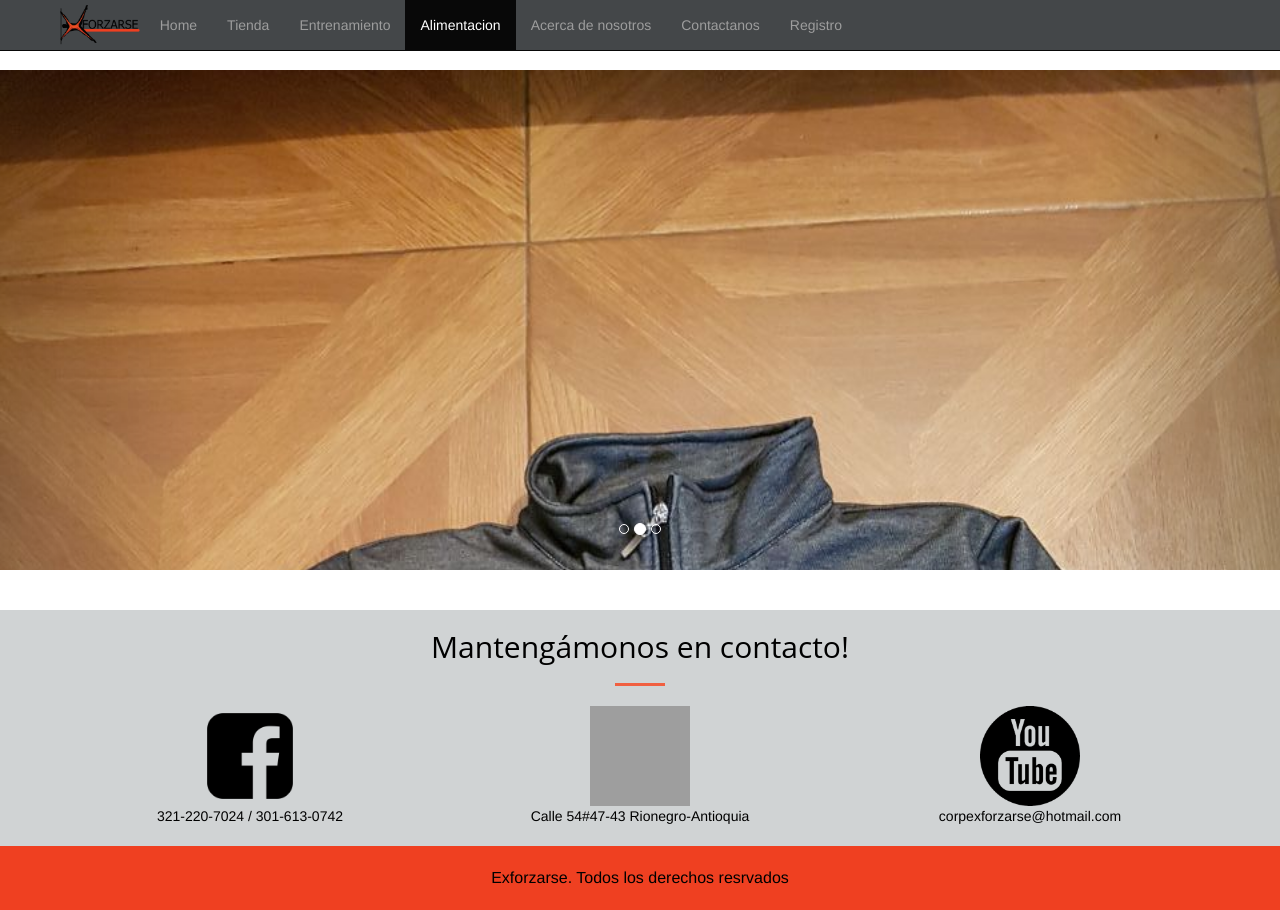
Repository: mahc36/exforzarse
Page: Exforzarse/WebContent/paginas/dietas.html
An editor plug-in stored every save of this project. The page is shown before and after the next save, followed by the edit.
The browser window is 1280 px wide. The pictures show the whole page.
Pictures or frames that could not be fetched are drawn as grey boxes. Some web fonts or font styles are not loaded; a fallback is used. Some web libraries are served in a nearby version.

Above is the page before, as saved 2017-08-19 16:00:15.

### Exforzarse/WebContent/paginas/dietas.html
<!DOCTYPE html>
<html lang="en">

<head>
    <meta charset="utf-8">
    <meta http-equiv="X-UA-Compatible" content="IE=edge">
    <meta name="viewport" content="width=device-width, initial-scale=1">
    <!-- The above 3 meta tags *must* come first in the head; any other head content must come *after* these tags -->
    <title>Exforzarse</title>

    <!-- Bootstrap -->
    <link href="../css/bootstrap.min.css" rel="stylesheet">
    <link href="../css/estilos.css" rel="stylesheet">
    <link rel="stylesheet" href="../css/creative.min.css">
    <link rel="icon" type="image/png" sizes="16x16" href="../img/favicon.ico">

    <!-- Carousel -->
    <meta name="viewport" content="initial-scale=1.0">
    <meta charset="utf-8">
    <script src="https://ajax.googleapis.com/ajax/libs/jquery/2.1.3/jquery.min.js"></script>
    <!-- Latest compiled and minified CSS -->



</head>

<body>
    <nav class="navbar navbar-inverse navbar-fixed-top">
        <div class="container">
            <div class="navbar-header">
                <div class="navbar-brand">
                    <img src="../img/logoclubexforzarse.png" alt="logo club">
                </div>
                <button type="button" class="navbar-toggle collapsed" data-toggle="collapse" data-target="#navbar" aria-expanded="false" aria-controls="navbar">
                    <span class="sr-only">Toggle navigation</span>
                    <span class="icon-bar"></span>
                    <span class="icon-bar"></span>
                    <span class="icon-bar"></span>
                </button>
            </div>
            <div id="navbar" class="collapse navbar-collapse">
                <ul class="nav navbar-nav">
                    <li><a href="../index.html">Home</a></li>
                    <li><a href="tienda.html">Tienda</a></li>
                    <li><a href="entrenamiento.html">Entrenamiento</a></li>
                    <li class="active"><a href="#">Alimentacion</a></li>
                    <li><a href="acercaDeNosotros.html">Acerca de nosotros</a></li>
                    <li><a href="contacto.html">Contactanos</a></li>
                    <li><a href="registro.html">Registro</a></li>
                </ul>
            </div>
            <!--/.nav-collapse -->
        </div>
    </nav>

    <div id="myCarousel" class="carousel slide" data-interval="3000" data-ride="carousel">
      <!-- Carousel indicators -->
      <ol class="carousel-indicators">
        <li data-target="#myCarousel" data-slide-to="0" class="active"></li>
        <li data-target="#myCarousel" data-slide-to="1"></li>
        <li data-target="#myCarousel" data-slide-to="2"></li>
      </ol>
      <!-- Carousel items -->
      <div class="carousel-inner">
        <div class="item active">
          <img src="../img/fotosTiendaExforzarse/chompa1-1.jpg" alt="First Slide">
          <div class="carousel-caption">
            <h3>Título de la primera diapositiva</h3>
            <p>Contenido de la diapositiva</p>
          </div>
        </div>
        <div class="item">
          <img src="../img/fotosTiendaExforzarse/chompa1-1.jpg" alt="Second Slide">
          <div class="carousel-caption">
            <h3>Título de la segunda diapositiva</h3>
            <p>Contenido de la diapositiva</p>
          </div>
        </div>
        <div class="item">
          <img src="../img/fotosTiendaExforzarse/chompa1-1.jpg" alt="Third Slide">
          <div class="carousel-caption">
            <h3>Título de la tercera diapositiva</h3>
            <p>Contenido de la diapositiva</p>
          </div>
        </div>
      </div>
      <!-- Carousel nav -->
      <a class="carousel-control left" href="#myCarousel" data-slide="prev">
      <span class="glyphicon glyphicon-chevron-left"></span>
      </a>
      <a class="carousel-control right" href="#myCarousel" data-slide="next">
      <span class="glyphicon glyphicon-chevron-right"></span>
      </a>
    </div>


    <br><br>
    <footer style="background-color: #D0D3D4;">
    <br>
        <div class="container">
            <div class="row">
            <div class="col-lg-8 col-lg-offset-2 text-center">
                <h2 class="section-heading"><font color="black">Mantengámonos en contacto!</font></h2>
                <hr class="primary">
            </div>
            <div class="col-lg-4 text-center">
                <a href="https://www.facebook.com/EXFORZARSE/" target="_blank"><img src="../img/darkFacebook.png" width="100" height="100"></a>
            </div>
            <div class="col-lg-4 text-center">
                <a href="https://www.instagram.com/exforzarse/" target="_blank"><img src="../img/darkInstagram3.png" width="100" height="100"></a>
            </div>
            <div class="col-lg-4 text-center">
                <a href="https://www.youtube.com/watch?v=VkQL8aGcTsE" target="_blank"><img src="../img/darkyoutube4.png" width="100" height="100"></a>
            </div>
            <div class="col-lg-4 text-center">
                <i class="fa fa-phone fa-3x sr-contact"></i>
                <span><font color="black">321-220-7024 / 301-613-0742</font></span>
            </div>
            <div class="col-lg-4 text-center">
                <i class="fa fa-road fa-3x sr-contact"></i>
                <span><font color="black">Calle 54#47-43 Rionegro-Antioquia</font></span>
            </div>
            <div class="col-lg-4 text-center">
                <i class="fa fa-envelope-o fa-3x sr-contact"></i>
                <span><font color="black">corpexforzarse@hotmail.com</font></span>
            </div>
        </div>
        <br>
        </div>
        <div style="background-color: #ef4021;">
	        <div class="container">
	        	<br>
	            <p class="text-muted" ALIGN=center><font color="black">Exforzarse. Todos los derechos resrvados</font></p>
	        </div>
    	</div>
    </footer>

    <!-- jQuery (necessary for Bootstrap's JavaScript plugins) -->
    <script src="https://ajax.googleapis.com/ajax/libs/jquery/1.12.4/jquery.min.js"></script>
    <!-- Include all compiled plugins (below), or include individual files as needed -->
    <script src="https://maxcdn.bootstrapcdn.com/bootstrap/3.3.7/js/bootstrap.min.js" integrity="sha384-Tc5IQib027qvyjSMfHjOMaLkfuWVxZxUPnCJA7l2mCWNIpG9mGCD8wGNIcPD7Txa" crossorigin="anonymous"></script>
</body>

</html>

### Exforzarse/WebContent/css/estilos.css
body {
    padding-top: 70px;
    position: relative;
    overflow-x: hidden;
}

.navbar-brand {
    padding: 0px;
}

.navbar-brand>img {
    height: 100%;
    padding: 5px;
    width: auto;
}

.navbar-inverse {
    background-color: #444749;
    border-color: #080808;
}

.containerpie {
    background-color: #EF4021;
}

.carousel {
    height: 500px;
    max-height: 500px;
    overflow: hidden;
}

.item img {
    width: 100%;
    height: auto;
}

.video {
    position: relative;
    height: 0;
    padding-bottom: 56.25%;
    margin-bottom: 80px;
}

video {
    position: absolute;
    min-width: 100%;
    min-height: 100%;
    top: 50%;
    left: 50%;
    transform: translateX(-50%) translateY(-50%);
    z-index: -1;
}

iframe {
    position: absolute;
    width: 100%;
    height: 100%;
    left: 0;
}

.rutinasmenu {
    margin: 0 0 0 2%;
    float: left;
    width: 20%;
}

.rutinasmenu>p {
    font-weight: bold;
    font-size: 25px;
}

.list-group-item:hover {
    font-size: 120%;
    background-image: -webkit-linear-gradient(top, #DF7401 0%, #FE9A2E 100%);
}

.navbar-inverse .navbar-nav>.active>a:hover {
    background-color: chocolate;
    color: black;
}

.navbar-inverse .navbar-nav>li>a:hover {
    background-color: chocolate;
    color: black;
}

.nav-tabs>li>a {
    font-weight: bold;
}

.nav-tabs>li>a:hover {
    background-color: chocolate;
    color: black;
    font-size: 120%;
}

a {
    color: black;
}

.footer {
    position: absolute;
    bottom: 0;
    width: 100%;
    height: 60px;
    background-color: #f5f5f5;
}

section#contact {
    background-color: white;
    background-image: url(../img/DSC_0414.JPG);
    background-size: cover;
    background-position: center;
    background-repeat: no-repeat;
}

section {
    padding: 73px 0px;
}

section#contact .section-heading {
    color: black;
}

section#contact .form-group {
    margin-bottom: 25px;
}

section#contact .form-group input,
section#contact .form-group textarea {
    padding: 20px;
}

section#contact .form-group input.form-control {
    height: auto;
}

section#contact .form-group textarea.form-control {
    height: 236px;
}

section#contact .form-control:focus {
    border-color: #fed136;
    box-shadow: none;
}

section#contact ::-webkit-input-placeholder {
    font-family: "Montserrat", "Helvetica Neue", Helvetica, Arial, sans-serif;
    text-transform: uppercase;
    font-weight: 700;
    color: darkgray;
}

.gellary_bg_none img {
    width: 100%;
    height: 250px;
}

section#contact :-moz-placeholder {
    /* Firefox 18- */
    font-family: "Montserrat", "Helvetica Neue", Helvetica, Arial, sans-serif;
    text-transform: uppercase;
    font-weight: 700;
    color: darkgray;
}

section#contact ::-moz-placeholder {
    /* Firefox 19+ */
    font-family: "Montserrat", "Helvetica Neue", Helvetica, Arial, sans-serif;
    text-transform: uppercase;
    font-weight: 700;
    color: #eeeeee;
}

section#contact :-ms-input-placeholder {
    font-family: "Montserrat", "Helvetica Neue", Helvetica, Arial, sans-serif;
    text-transform: uppercase;
    font-weight: 700;
    color: darkgray;
}

section#contact .text-danger {
    color: #e74c3c;
}

.about_our_company {
    text-align: center;
    margin-bottom: 20px;
    font-weight: bold;
}

.about_our_company h1 {
    text-align: center;
    margin-bottom: 50px;
    font-weight: bold;
    font-size: 50px;
    color: chocolate;
    text-shadow: 1px 1px 3px #323232;
}

.titleline-icon {
    position: relative;
    max-width: 100px;
    border-top: 4px double #F99700;
    margin: 20px auto 20px;
}

.titleline-icon:after {
    position: absolute;
    top: -11px;
    left: 0;
    right: 0;
    margin: auto;
    font-family: 'FontAwesome';
    content: "\f141";
    font-size: 20px;
    line-height: 1;
    color: #F99700;
    text-align: center;
    vertical-align: middle;
    width: 40px;
    height: 20px;
    background: #ffffff;
}

.btn {}

.get {
    background-color: chocolate;
}

Loaded but not shown: Exforzarse/WebContent/css/bootstrap.min.css (library); Exforzarse/WebContent/css/creative.min.css (library)

After the next save:
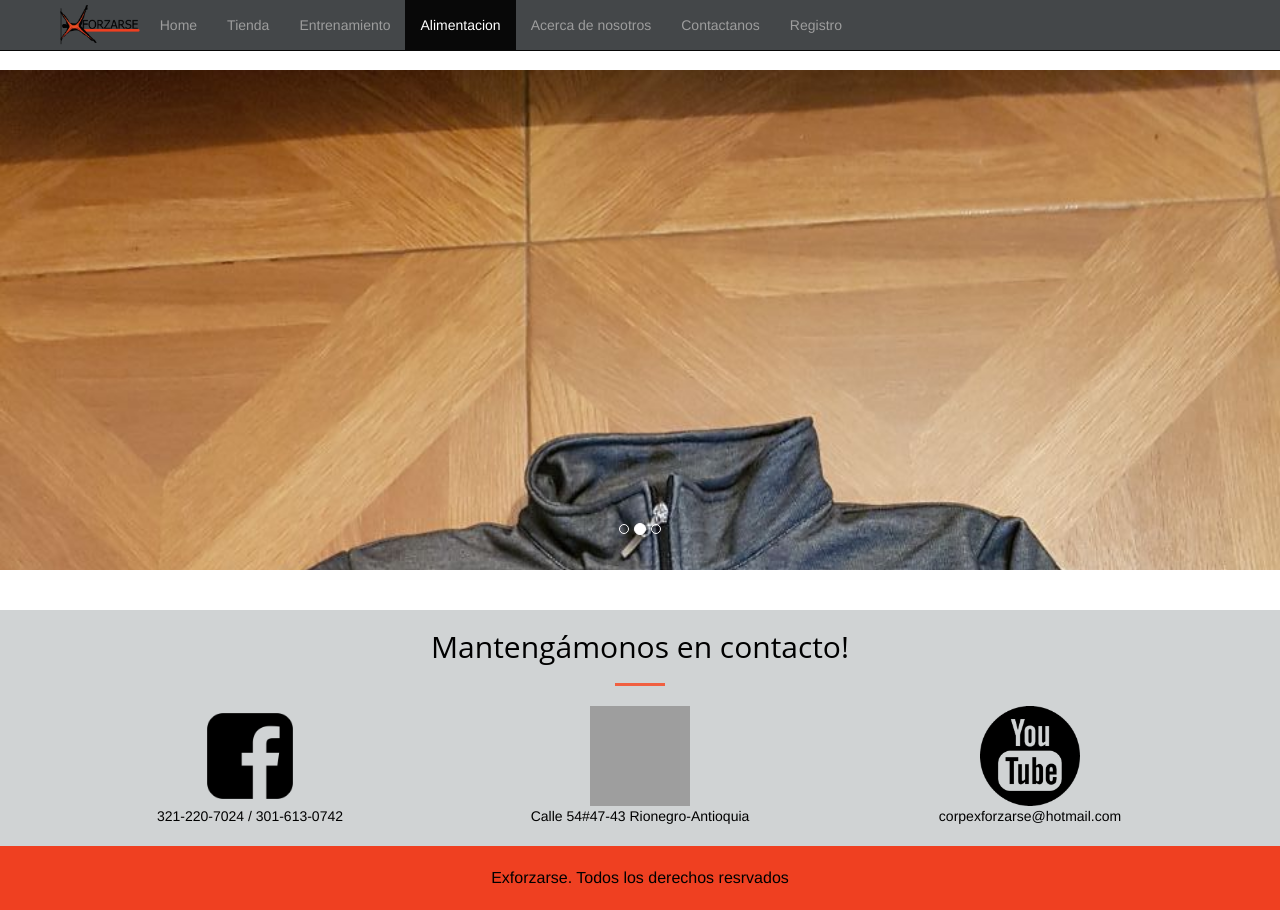
Saved 17 s later.
--- a/Exforzarse/WebContent/paginas/dietas.html
+++ b/Exforzarse/WebContent/paginas/dietas.html
@@ -84,13 +84,7 @@
           </div>
         </div>
       </div>
-      <!-- Carousel nav -->
-      <a class="carousel-control left" href="#myCarousel" data-slide="prev">
-      <span class="glyphicon glyphicon-chevron-left"></span>
-      </a>
-      <a class="carousel-control right" href="#myCarousel" data-slide="next">
-      <span class="glyphicon glyphicon-chevron-right"></span>
-      </a>
+
     </div>
 
 

After the save that followed:
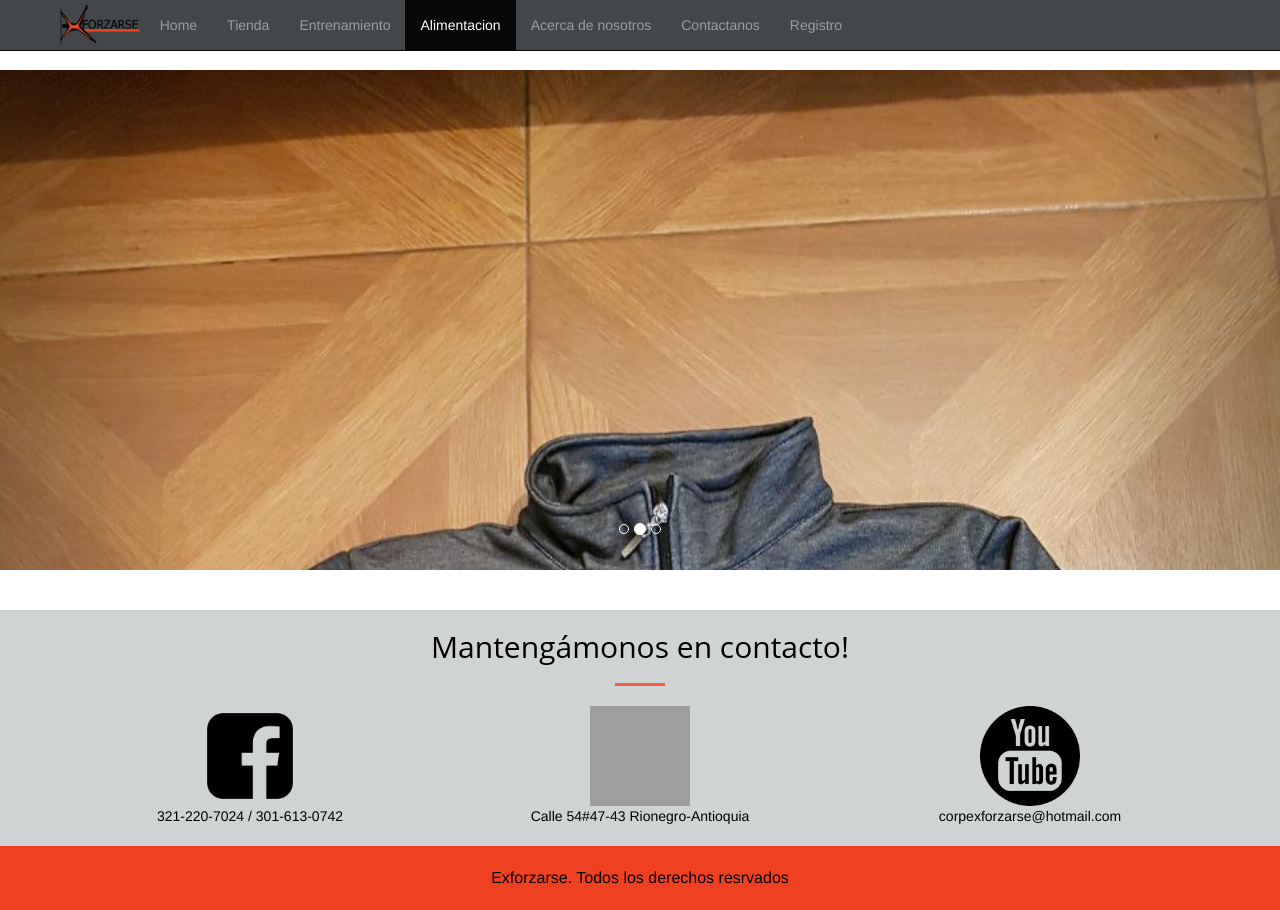
Saved 22 s later.
--- a/Exforzarse/WebContent/paginas/dietas.html
+++ b/Exforzarse/WebContent/paginas/dietas.html
@@ -84,7 +84,11 @@
           </div>
         </div>
       </div>
-
+      <!-- Carousel nav -->
+      <a class="carousel-control left" href="#myCarousel" data-slide="prev">
+      </a>
+      <a class="carousel-control right" href="#myCarousel" data-slide="next">
+      </a>
     </div>
 
 
